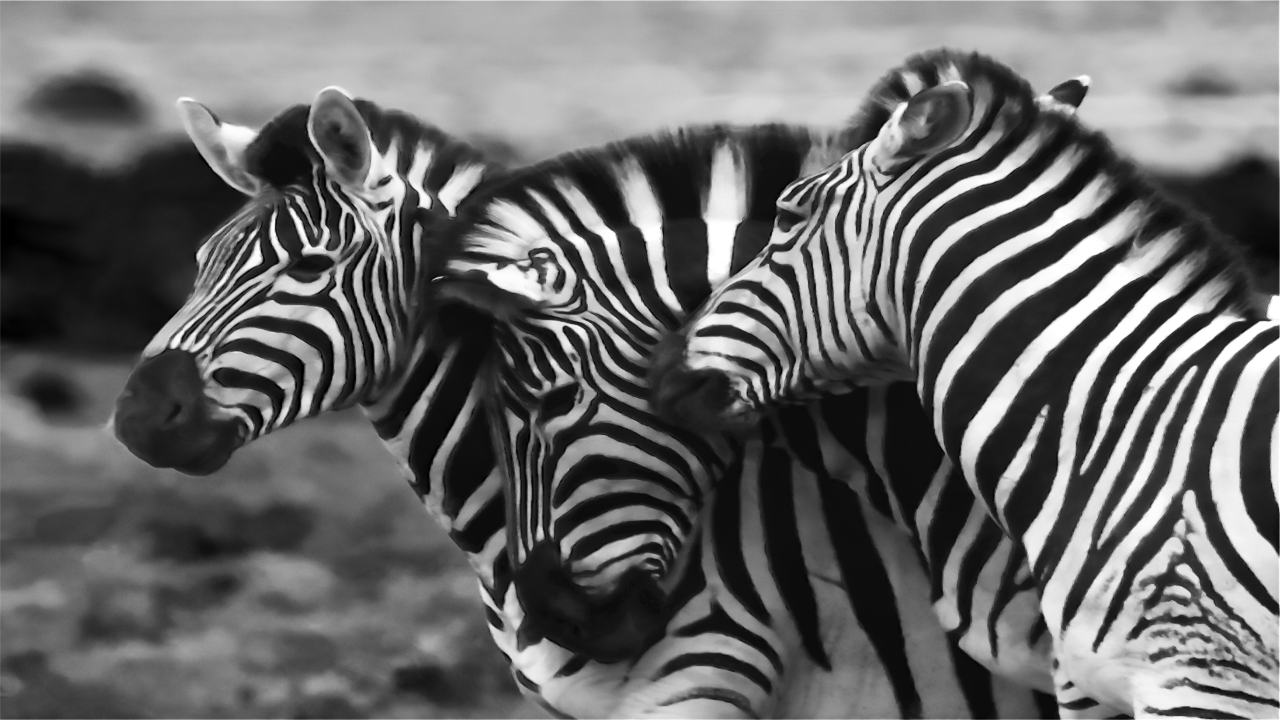
Repository: BrightonMboya/ggv-landingPage
Page: /
The author's editor kept a copy of each file at every save. The page is drawn from the files as they stood at one save, then again after a run of saves.
The browser window is 1280 px wide. The pictures show the whole page.
An inner scrolling area shows only its first screen. The project was rebuilt for these pictures with package versions that can differ from the ones it lists, and the page was loaded fresh each time. The framework's server and built-in components were replaced by stand-ins that run in the browser. Also part of the build but not shown: next.config.js, pages/components/background.js.

Above is the page before, as saved 2022-06-13 16:40:42.

### pages/index.js
import React from "react";
import styles from "../styles/Home.module.css";
import HomePage from "./HomePage";
import AboutUs from "./AboutUs";
import Contactus from "./Contactus";

// const index = () => {
//   return (
//     <React.Fragment>
//       <div className={`${styles.global} ${styles.container}`}>
//         <section className={`${styles.section}`}>
//           <HomePage />
//         </section>
//         <section className={`${styles.section}`}>
//           <AboutUs />
//         </section>
//         <section className={`${styles.section} ${styles.three}`}>
//           <Contactus />
//         </section>
//       </div>
//     </React.Fragment>
//   );
// };

const index = () => {
  return (
    <React.Fragment>
      <div className={`${styles.global} ${styles.container}`}>
        <section className={`${styles.section} ${styles.one}`}>
          <HomePage />
        </section>
        <section className={`${styles.section} ${styles.two} ${"bg-cover"}`}>
          <AboutUs />
        </section>
        <section className={`${styles.section} ${styles.three}`}>
          <Contactus />
        </section>
      </div>
    </React.Fragment>
  );
};

export default index;

### styles/Home.module.css
.globals {
  margin: 0;
  padding: 0;
  box-sizing: border-box;
  font-family: sans-serif;
}
.section {
  height: 100vh;
  /* display: flex;
  justify-content: center;
  align-items: center; */
  scroll-snap-align: start;
}

.container {
  scroll-snap-type: y mandatory;
  overflow-y: scroll;
  height: 100vh;
}
.one {
  /* background-image: url("../public/home.jpg");
  object-position: cover; */
  background: rgb(100, 79, 79);
}
.two {
  background: rgb(211, 79, 79);
}
.three {
  background: rgb(67, 91, 88);
}
.four {
  background: rgb(36, 164, 138);
}

### pages/HomePage.js
import React from "react";
import styles from "../styles/Home.module.css";
import Image from "next/image";
// import logo from "./assets/logo.svg";
import Background from "./components/background";

const HomePage = () => {
  return (
    <div>
      <Image src="/home.jpg" layout="fill" />
      <h3>Home Page</h3>
    </div>
  );
};

export default HomePage;

### pages/AboutUs.js
import Image from "next/image";
// import home from "./assets/home.jpg";

const AboutUs = () => {
  return (
    <div>
      {/* <Image src={home} layout="responsive" objectFit="cover" quality={100} /> */}
      <h3>About Us</h3>
    </div>
  );
};

export default AboutUs;

### pages/Contactus.js
import React from "react";

const Contactus = () => {
  return <div>Contactus</div>;
};

export default Contactus;

### tailwind.config.js
module.exports = {
  content: [
    "./pages/**/*.{js,ts,jsx,tsx}",
    "./components/**/*.{js,ts,jsx,tsx}"
  ],
  theme: {
    extend: {
      colors: {
        black: "#000107",
        slate: "#E3F1EF"
      }
    }
  },
  plugins: []
};

Loaded but not shown: pages/_app.js (common file); styles/globals.css (common file)

After the next 2 saves:
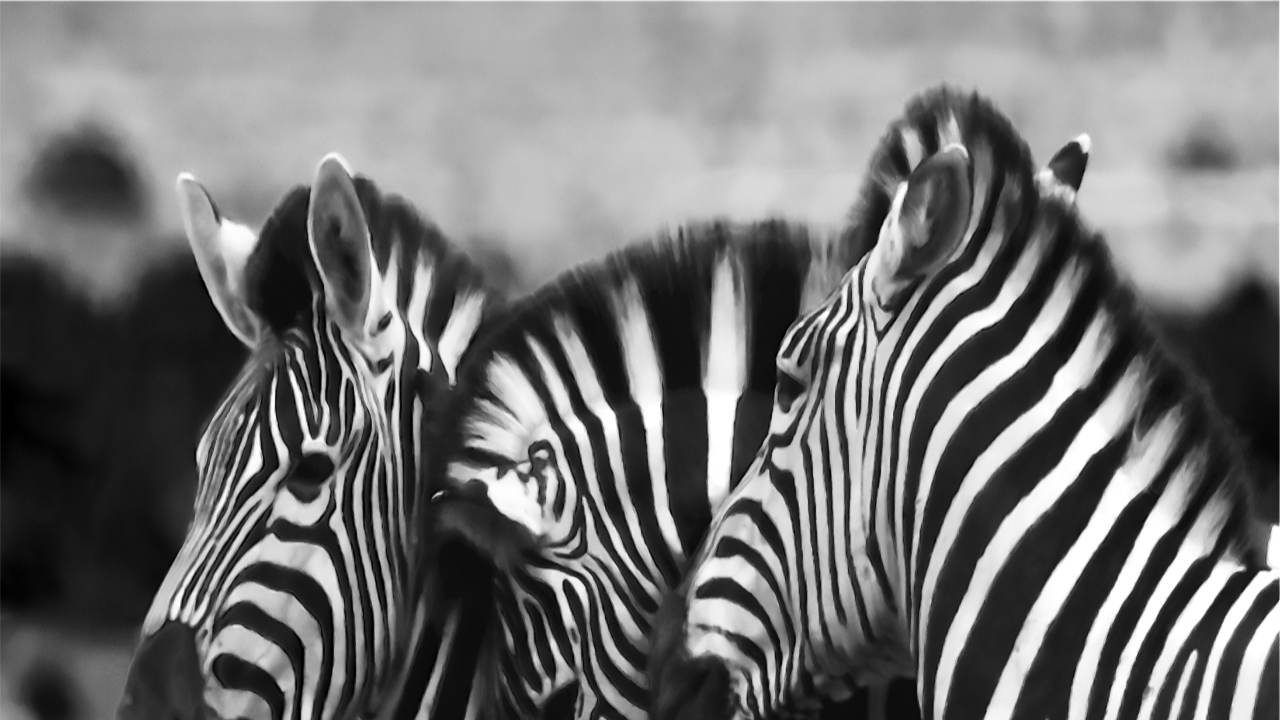
The 2 saves are shown as one change because 1 did not build or start.
The last was saved 56 s later.
--- a/pages/HomePage.js
+++ b/pages/HomePage.js
@@ -7,7 +7,7 @@ import Background from "./components/background";
 const HomePage = () => {
   return (
     <div>
-      <Image src="/home.jpg" layout="fill" />
+      <Image src="/home.jpg" layout="responsive" width="100%" height="100vh" />
       <h3>Home Page</h3>
     </div>
   );
